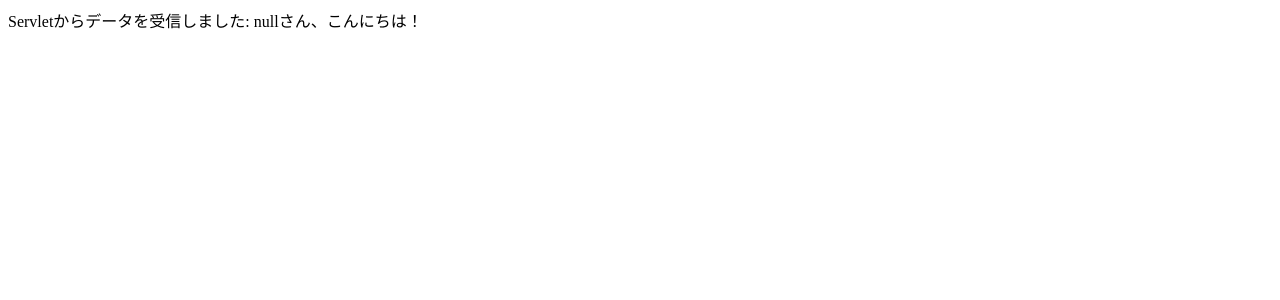
Repository: YuTera58/Eclipse_Workspace_Tera58
Page: http://localhost/kadai_link_tag/link
These files come from the project's save history. The page is drawn as it stood at one moment and after the next save; the edit follows.
The browser window is 1280 px wide. The pictures show the whole page.
The page is served by Tomcat 9.

Above is the page before, as saved 2025-05-14 13:35:31.

### kadai_link_tag/WEB-INF/src/sj/LinkServlet.java
package sj;

import java.io.IOException;
import java.io.PrintWriter;

import javax.servlet.ServletException;
import javax.servlet.http.HttpServlet;
import javax.servlet.http.HttpServletRequest;
import javax.servlet.http.HttpServletResponse;

public class LinkServlet extends HttpServlet
{
	// GETメソッドのリクエスト受信時に実行されるメソッド
    public void doGet(HttpServletRequest request, HttpServletResponse response)
        throws ServletException, IOException {

        // リクエスト・レスポンスの設定
        request.setCharacterEncoding("UTF-8");
        response.setContentType("text/html; charset=UTF-8");

        String userName = request.getParameter("name");

        // 取得したデータの表示
        PrintWriter out = response.getWriter();
        out.println("Servletからデータを受信しました:        " + userName + "さん、こんにちは！");
    }
}

After the next save:
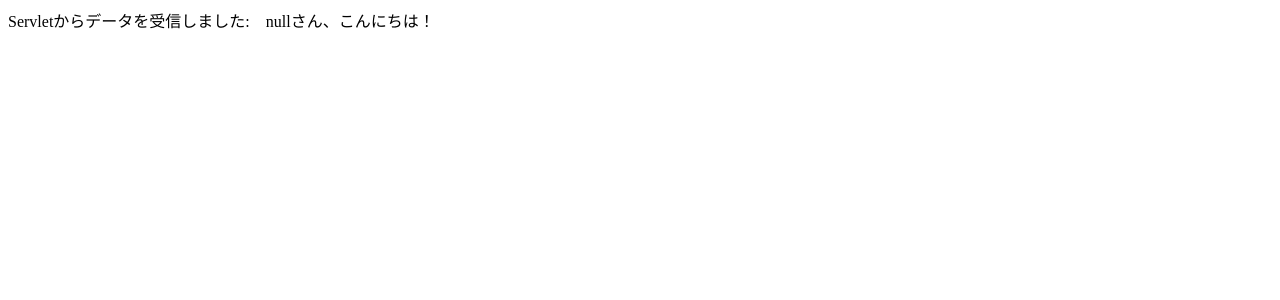
Saved 27 s later.
--- a/kadai_link_tag/WEB-INF/src/sj/LinkServlet.java
+++ b/kadai_link_tag/WEB-INF/src/sj/LinkServlet.java
@@ -22,6 +22,6 @@ public class LinkServlet extends HttpServlet
 
         // 取得したデータの表示
         PrintWriter out = response.getWriter();
-        out.println("Servletからデータを受信しました:        " + userName + "さん、こんにちは！");
+        out.println("Servletからデータを受信しました:　" + userName + "さん、こんにちは！");
     }
 }
